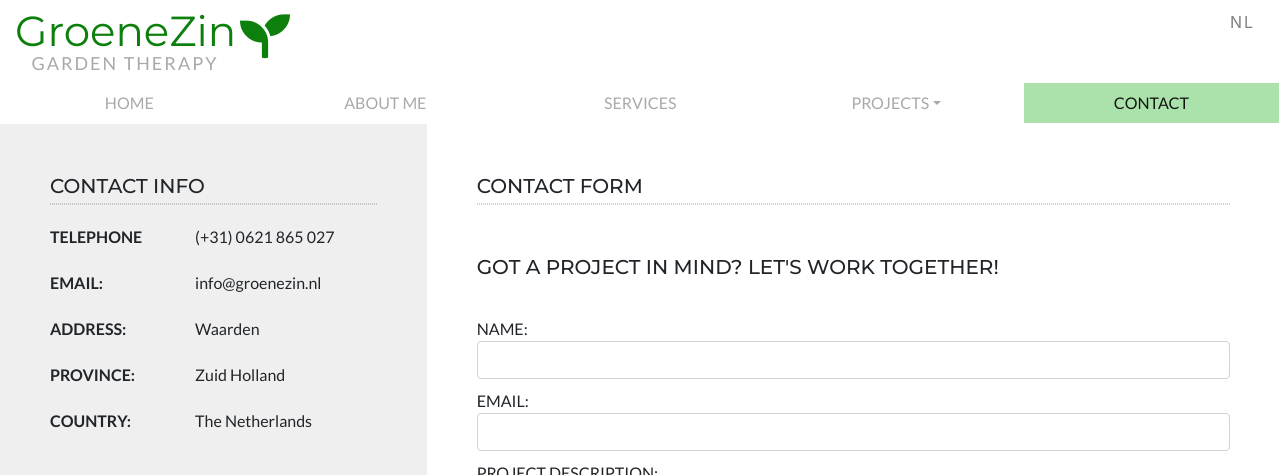
Repository: Sparkplug84/MilestoneProject1
Page: contact.html
The author's editor kept a record of every edit. The page is drawn from the files as they stood at one moment, then again after the next edit.
The browser window is 1280 px wide. The pictures show the part of the page from y = 0 to 475 px (the page is 863 px tall).
Pictures or frames that could not be fetched are drawn as grey boxes. Some web libraries are served in a nearby version.

Above is the page before.
Console error: TypeError: Cannot read properties of undefined (reading 'fn')

### contact.html
<!DOCTYPE html>
<html lang="en">

<head>
    <meta charset="UTF-8">
    <meta name="viewport" content="width=device-width, initial-scale=1.0">
    <meta http-equiv="X-UA-Compatible" content="ie=edge">
    <title>Groenezin | Gardening Coach, Mentor and Designer</title>
    <link rel="stylesheet" href="https://stackpath.bootstrapcdn.com/bootstrap/4.3.1/css/bootstrap.min.css" integrity="sha384-ggOyR0iXCbMQv3Xipma34MD+dH/1fQ784/j6cY/iJTQUOhcWr7x9JvoRxT2MZw1T" crossorigin="anonymous">
    <link rel="stylesheet" href="//use.fontawesome.com/releases/v5.10.2/css/all.css">
    <link rel="stylesheet" href="https://cdnjs.cloudflare.com/ajax/libs/hover.css/2.3.1/css/hover-min.css" type="text/css">
    <script src="https://stackpath.bootstrapcdn.com/bootstrap/4.3.1/js/bootstrap.min.js" integrity="sha384-JjSmVgyd0p3pXB1rRibZUAYoIIy6OrQ6VrjIEaFf/nJGzIxFDsf4x0xIM+B07jRM" crossorigin="anonymous"></script>
    <link rel="stylesheet" href="style.css" type="text/css" />
</head>

<body>
    <div class="container-fluid brand-heading">
        <div class="brand-container">
            <a href="index.html" class="brand">
                <div class="brand-wrapper">
                    <div class="brand-header">GroeneZin</div>
                    <div class="brand-sub uppercase">Garden Therapy</div>
                    <div class="brand-logo"><i class="fas fa-seedling" aria-hidden="true"></i></div>
                </div>
            </a>
        </div>

        <div class="language-toggle"><a class="language-link" href="NL_index.html">NL</a></div>
    </div>

    <nav class="navbar navbar-light navbar-expand-sm">

        <button class="navbar-toggler ml-auto" type="button" data-toggle="collapse" data-target="#navbarDropdown" aria-controls="navbarDropdown" aria-expanded="false" aria-label="Toggle navigation">
        <span class="navbar-toggler-icon"></span></button>

        <div class="collapse navbar-collapse" id="navbarDropdown">
            <ul class="navbar-nav mr-auto">
                <li class="nav-item"><a class="nav-link hvr-fade uppercase" href="index.html">Home</a></li>
                <li class="nav-item"><a class="nav-link hvr-fade uppercase" href="aboutme.html">About Me</a></li>
                <li class="nav-item"><a class="nav-link hvr-fade uppercase" href="services.html">Services</a></li>
                <li class="nav-item dropdown">
                    <a class="nav-link hvr-fade dropdown-toggle uppercase" href="#" id="navbarDropdownMenuLink" role="button" data-toggle="dropdown" aria-haspopup="true" aria-expanded="false">Projects</a>
                    <div class="dropdown-menu" aria-labelledby="navbarDropdownMenuLink">
                        <a class="dropdown-item uppercase" href="coaching.html">Coach & Maintain</a>
                        <a class="dropdown-item uppercase" href="groupactivity.html">Group Activity</a>
                        <a class="dropdown-item uppercase" href="gardendesign.html">Garden Design</a>
                    </div>
                </li>

                <li class="active nav-item"><a class="nav-link hvr-fade uppercase" href="contact.html">Contact</a></li>
            </ul>
        </div>
    </nav>



    <div class="container-fluid">
        <div class="row">
            <div class="col-lg-4 col-md-6 contact-container">
                <div class="contact-info">
                    <h5 class="contact-heading uppercase">Contact Info</h5>
                    <hr class="contact-hr">
                    <div class="info-container">
                        <div class="personal-info-item">
                            <div class="key">
                                <p class="uppercase">Telephone</p>
                            </div>
                            <div class="value">
                                <p>(+31) 0621 865 027</p>
                            </div>
                        </div>
                        <div class="personal-info-item">
                            <div class="key">
                                <p class="uppercase">Email:</p>
                            </div>
                            <div class="value">
                                <p>info@groenezin.nl</p>
                            </div>
                        </div>
                        <div class="personal-info-item">
                            <div class="key">
                                <p class="uppercase">Address:</p>
                            </div>
                            <div class="value">
                                <p>Waarden</p>
                            </div>
                        </div>
                        <div class="personal-info-item">
                            <div class="key">
                                <p class="uppercase">Province:</p>
                            </div>
                            <div class="value">
                                <p>Zuid Holland</p>
                            </div>
                        </div>
                        <div class="personal-info-item">
                            <div class="key">
                                <p class="uppercase">Country:</p>
                            </div>
                            <div class="value">
                                <p>The Netherlands</p>
                            </div>
                        </div>
                    </div>
                </div>
                <div class="contact-photo">

                </div>
            </div>
            <div class="col-lg-8 col-md-6 form-container">
                <h5 class="contact-heading uppercase">Contact form</h5>
                <hr class="contact-hr">
                <h5 class="form-header uppercase">Got a project in mind? Let's work together!</h5>

                <form action="#" method="post" class="form uppercase">
                    <label for="name">Name:</label>
                    <input type="name" id="name" name="name" class="form-control">
                    <label for="email">Email:</label>
                    <input type="email" id="email" name="email" class="form-control">
                    <label for="projectsummary">Project Description:</label>
                    <textarea rows="5" name="projectsummary" id="projectsummary" class="form-control" required></textarea>
                    <button type="submit" class="btn btn-secondary">Send project request!</button>
                </form>
            </div>
        </div>
    </div>

    <footer class="container-fluid">
        <div class="row footer-padding">
            <div class="col-sm-4 mt-3">
                <h6 class="footer-sub uppercase">About Me</h6>
                <p>Enthusiastic gardener with a passion for working with others. Let's work together in the garden!</p>
            </div>
            <div class="col-sm-4 mt-3">
                <h6 class="footer-sub uppercase">Download the flyer</h6>
                <p class="inline-block">Feel free to download our flyer and pass along to potenial clients.
                    <a href="#" target="_blank" class="flyer-pdf">
                        <i class="fa fa-download" aria-hidden="true"></i>
                        <span class="sr-only">Download link.</span>
                    </a>
                </p>
            </div>
            <div class="col-sm-4 mt-3">
                <h6 class="footer-sub uppercase">Social</h6>
                <ul class="list-inline social-links">
                    <li class="list-inline-item">
                        <a href="#" target="_blank">
                            <i class="fab fa-linkedin" aria-hidden="true"></i>
                            <span class="sr-only">LinkedIn</span>
                        </a>
                    </li>
                    <li class="list-inline-item">
                        <a href="#" target="_blank">
                            <i class="fab fa-facebook" aria-hidden="true"></i>
                            <span class="sr-only">Facebook</span>
                    </li>
                    <li class="list-inline-item">
                        <a href="#" target="_blank">
                            <i class="fab fa-instagram" aria-hidden="true"></i>
                            <span class="sr-only">Instagram</span>
                        </a>
                    </li>
                </ul>
            </div>
        </div>
    </footer>



    <script src="https://code.jquery.com/jquery-3.3.1.slim.min.js" integrity="sha384-q8i/X+965DzO0rT7abK41JStQIAqVgRVzpbzo5smXKp4YfRvH+8abtTE1Pi6jizo" crossorigin="anonymous"></script>
    <script src="https://cdnjs.cloudflare.com/ajax/libs/popper.js/1.14.7/umd/popper.min.js" integrity="sha384-UO2eT0CpHqdSJQ6hJty5KVphtPhzWj9WO1clHTMGa3JDZwrnQq4sF86dIHNDz0W1" crossorigin="anonymous"></script>
    <script src="https://stackpath.bootstrapcdn.com/bootstrap/4.3.1/js/bootstrap.min.js" integrity="sha384-JjSmVgyd0p3pXB1rRibZUAYoIIy6OrQ6VrjIEaFf/nJGzIxFDsf4x0xIM+B07jRM" crossorigin="anonymous"></script>
</body>

</html>

### style.css
@import url('https://fonts.googleapis.com/css?family=Lato:300,400,700|Montserrat:200,300,400,500,600,700,800,900&display=swap');

/* --------------------- General styles -------------------*/

.uppercase {
    text-transform: uppercase;
}

body {
    margin: 0;
    padding: 0;
}

.inline-block {
    display: inline-block;
}

/* --------------------- colours -------------------*/

.language-link {
    color: grey;
}

/* --------------------- Brand and Logo Section -------------------*/

.brand-container {
    width: 300px;
}

a.brand {
    width: 250px;
    height: 100%;
    text-decoration: none;
}

.brand-wrapper {
    width: 220px;
    height: 100%;
}

.brand-header {
    font-family: "Montserrat", sans-serif;
    font-size: 42px;
    height: 50px;
    width: 220px;
    color: #0d7f0d;
}

.brand-heading {
    position: relative;
}

.brand-sub {
    font-family: "Lato", sans-serif;
    display: inline-block;
    font-size: 18px;
    height: 32px;
    width: 220px;
    color: darkgrey;
    letter-spacing: 2px;
    text-align: center;
}

.brand-logo {
    display: inline-block;
    position: absolute;
    top: 0;
    right: inherit;
    font-size: 50px;
    height: 82px;
    width: 60px;
    color: #0d7f0d;
    text-align: center;
}

.language-toggle {
    display: inline;
    position: absolute;
    right: 25px;
    top: 10px;
    letter-spacing: 2px;
}

a.language-link {
    text-decoration: none;
}

a.language-link:hover {
    color: #0d7f0d;
}

/* --------------------- Navbar -------------------*/

.collapse {
    position: relative;
    z-index: 1;
    padding: 0;
    margin: 0;
}

.navbar {
    padding: 0;
}

.navbar-light .navbar-nav .nav-link {
    color: darkgrey;
}

nav ul {
    justify-content: space-around;
    width: 100%;
    border: 1px solid white;
    background-color: white;
}

nav ul li {
    border-left: 1px solid white;
    list-style-type: none;
    width: 100%;
    text-align: center;
}

nav ul li a {
    text-decoration: none;
    font-family: "Lato", sans-serif;
}

.hvr-fade {
    width: 100%;
    padding-right: 0;
    padding-left: 0;
}

.hvr-fade:hover {
    color: white;
    background-color: #abe1ab;
}

.navbar .navbar-toggler {
    border: 0;
}

.active {
    background-color: #abe1ab;
}

.dropdown-item {
    text-align: center;
}

/* --------------------- Callout -------------------*/

.callout-container {
    font-family: "Montserrat", sans-serif;
    height: 100vh;
    background: url(https://www.nps.gov/caco/learn/news/images/National-Public-Lands-Day_1.JPG) no-repeat right fixed;
    -webkit-background-size: cover;
    -moz-background-size: cover;
    -o-background-size: cover;
    background-size: cover;
    display: flex;
    align-items: center;
    justify-content: center;
    position: relative;
}

.jumbotron {
    background: rgba(0, 0, 0, 0.5);
    max-width: 750px;
    max-height: 400px;
}

.jumbotron-header,
.jumbotron .sub-header {
    color: white;
}

.block-divider {
    width: 200px;
    height: 2px;
    border: none;
    background-color: #fff;
}

.btn-cta {
    color: #fff;
    background-color: #e84610;
    border-color: #e84610;
    width: 160px;
    border-radius: 0;
    font-family: "Montserrat", sans-serif;
}

.btn {
    font-size: 15px;
    font-weight: 500;
}

/* --------------------- Footer -------------------*/

.footer-sub {
    font-family: "Montserrat", sans-serif;
    font-weight: 400;
    color: white;
    margin-bottom: 4px;
}

footer {
    background-color: #0d7f0d;
    min-height: 100px;
}

footer p {
    font-family: "Lato", sans-serif;
    font-size: 14px;
    font-weight: 200;
    color: white;
    margin: 0;
    padding: 0;
}

.flyer-pdf {
    font-size: 16px;
    color: white;
    padding-left: 5px;
    transition: all 0.5s ease-in-out;
    -moz-transition: all 0.5s ease-in-out;
    -o-transition: all 0.5s ease-in-out;
    -webkit-transition: all 0.5s ease-in-out;
}

.flyer-pdf:hover {
    color: #e84610;
}


.social-links li a i {
    width: 35px;
    height: 35px;
    border-radius: 50%;
    font-size: 18px;
    text-align: center;
    color: #0d7f0d;
    background: white;
    line-height: 8px;
    padding: 13px 0;
    transition: all 0.5s ease-in-out;
    -moz-transition: all 0.5s ease-in-out;
    -o-transition: all 0.5s ease-in-out;
    -webkit-transition: all 0.5s ease-in-out;
}

.social-links li a i:hover {
    background-color: #e84610;
}

.footer-padding {
    padding: 0 18px 18px 18px;
}

/* --------------------- About Me -------------------*/

.profile-container {
    padding: 40px;
    background: #efefef;
}

.profile-name {
    font-family: "Montserrat", sans-serif;
    font-size: 25px;
    font-weight: 400;
    text-align: center;
    padding-bottom: 15px;
}

.profile-photo {
    width: 100%;
    padding-bottom: 100%;
    border: solid 3px darkgrey;
    border-radius: 50%;
    margin: 0 auto;
    background: url("./images/maaike-profile.jpg") center;
    background-repeat: no-repeat;
    background-size: cover;
}

.details-heading {
    font-family: "Montserrat", sans-serif;
    font-size: 25px;
    font-weight: 400;
    padding-bottom: 25px;
}

.details-container {
    padding: 20px 20px 0px 20px;
    background: #efefef;
    margin: 0 auto;
}

.personal-info-item {
    display: block;
    clear: both;
    margin-bottom: 22px;
    font-family: "Lato", sans-serif;
}

.personal-info-item .key,
.personal-info-item .value {
    display: inline-block;
}

.personal-info-item .key p,
.personal-info-item .value p {
    margin: 0;
    padding-left: 30px;
}

.personal-info-item .key {
    width: 30%;
    margin-right: 20px;
}

.personal-info-item .key p {
    font-weight: 700;
}

.personal-info-item .value {
    position: relative;
    width: 60%;
}

.aboutme-container {
    padding: 40px;

}

.aboutme-heading {
    font-family: "Montserrat", sans-serif;
    font-size: 25px;
    font-weight: 400;
    padding-bottom: 25px;
}

.aboutme-subheading {
    font-family: "Montserrat", sans-serif;
    font-size: 16px;
    font-weight: 600;
}

.col-10 {
    padding-bottom: 30px;
}

.col-10 p {
    font-family: "Lato", sans-serif;
}

.aboutme-icon {
    color: #e84610;
    font-size: 18px;
}

/* --------------------- Services -------------------*/

.services-heading {
    font-family: "Montserrat", sans-serif;
    font-weight: 600;
}

.services-info {
    font-family: "Lato", sans-serif;
    font-size: 14px;
}

.services-section {
    padding: 50px 0px 50px 100px;
    position: relative;
    right: 0;
    margin: 0 auto;
}

.services-sub {
    min-height: 300px;
    background-color: #efefef;
    padding: 20px;
}

.photo-section {
    padding: 50px 20px 50px 0px;
    margin: 0;
}

.photo-service1 {
    width: 85%;
    min-height: 300px;
    background: url("./images/tuinier-plant-zaadjes-in-zijn-tuin.jpg") no-repeat center;
    background-size: cover;
}

.photo-service2 {
    width: 85%;
    min-height: 300px;
    background: url("./images/group-activity1.jpg") no-repeat center;
    background-size: cover;
}

.photo-service3 {
    width: 85%;
    min-height: 300px;
    background: url("./images/Moestuin Herbergier plan.jpg") no-repeat center;
    background-size: cover;
}

.price-heading {
    display: inline-block;
    font-family: "Montserrat", sans-serif;
}

.price-info {
    display: inline-block;
    font-family: "Lato", sans-serif;
    padding-left: 10px;
}

.coaching-link,
.coaching-link:hover {
    color: black;
    text-decoration: none;
}

/* --------------------- Mentor & Coach -------------------*/

.coaching-header {
    width: 100%;
    height: 100%;
    background-color: #efefef;
    padding: 25px;
}

.coaching-heading {
    font-family: "Montserrat", sans-serif;
    font-weight: 500;
}

.coaching-jumbotron {
    position: relative;
    background: url("./images/Coaching1.jpg") no-repeat center;
    -webkit-background-size: cover;
    -moz-background-size: cover;
    -o-background-size: cover;
    background-size: cover;
    height: 450px;
    width: 100%;
    margin: 0 0 50px 0;
}

.coaching-jumbotron2 {
    position: relative;
    background: url("./images/Coaching2.jpg") no-repeat center;
    -webkit-background-size: cover;
    -moz-background-size: cover;
    -o-background-size: cover;
    background-size: cover;
    height: 450px;
    width: 100%;
    margin: 0 0 50px 0;
}

.coaching-container-text {
    position: absolute;
    top: 25px;
    background-color: #efefef;
    width: 90px;
    height: 45px;
    padding: 14px;
}

.coaching-container-text h5 {
    color: black;
    font-family: "Lato", sans-serif;
    font-size: 16px;
    font-weight: 600;
}


/* --------------------- Contact -------------------*/

.contact-photo {
    height: 280px;
    background: url(https://cdn.pixabay.com/photo/2017/12/02/14/38/contact-us-2993000_1280.jpg) no-repeat center;
    -webkit-background-size: cover;
    -moz-background-size: cover;
    -o-background-size: cover;
    background-size: cover;
}

.contact-container {
    padding: 0;
    margin: 0;
}

.info-container {
    padding: 0 0 20px 20px;
}

.contact-hr {
    border: dotted 1px;
    opacity: 0.2;
    margin: 5px 50px 20px;
}

.contact-info {
    display: block;
    width: 100%;
    height: 35s0px;
    background-color: #efefef;
}

.contact-heading {
    padding: 50px 0 0 50px;
    margin-bottom: 0;
    font-family: "Montserrat", sans-serif;
}

.form-container {
    padding: 0;
}

.form {
    padding: 20px 50px 20px 50px;
}

.form-header {
    padding: 30px 20px 0 50px;
    font-family: "Montserrat", sans-serif;
    text-align: left;
}

label {
    font-family: "Lato", sans-serif;
    margin: 10px 0 0;
}

button[type="submit"] {
    margin-top: 15px;
    margin-bottom: 20px;
    color: #fafafa;
    background-color: #e84610;
}

/* --------------------- Media Queries -------------------*/

@media(max-width: 575px) {
    .navbar {
        position: absolute;
        right: 10px;
        top: 40px;
        z-index: 1;
    }
}

@media(max-width: 767px) {
    .services-section {
        padding: 50px 50px 0px 50px;
        position: relative;
        bottom: 0;
        margin: 0 auto;
    }
    .photo-section {
        padding: 0px 50px 50px 50px;
        margin: 0 auto;
    }
    .services-sub {
        height: 200px;
        min-height: 0;
    }
    .photo-service1,
    .photo-service2,
    .photo-service3 {
        width: 100%;
    }
}

@media(max-width: 480px) {
    .services-section {
        padding: 50px 0px 0px 0px;
        position: relative;
        bottom: 0;
        margin: 0 auto;
    }
    .photo-section {
        padding: 0px 0px 50px 0px;
        margin: 0 auto;
    }
    .services-sub {
        height: 200px;
        min-height: 0;
    }
    .photo-service1,
    .photo-service2,
    .photo-service3 {
        width: 100%;
        height: 250px;
    }
}

@media(max-width: 991px) {
    .col-lg-6 {
        padding: 0;
    }
}

After the next edit:
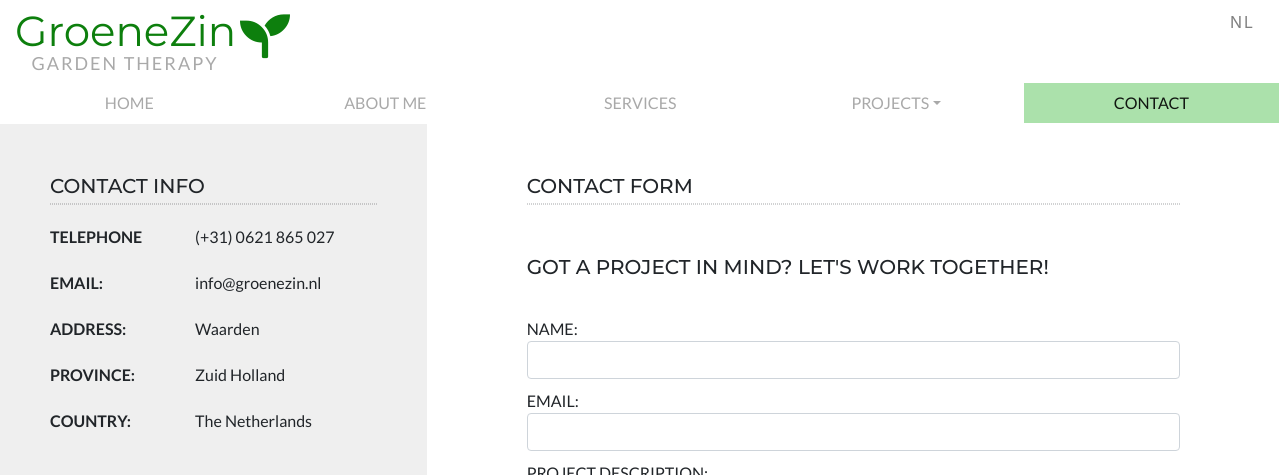
The edit:
--- a/style.css
+++ b/style.css
@@ -523,7 +523,7 @@
 }
 
 .form-container {
-    padding: 0;
+    padding: 0 50px 0;
 }
 
 .form {
